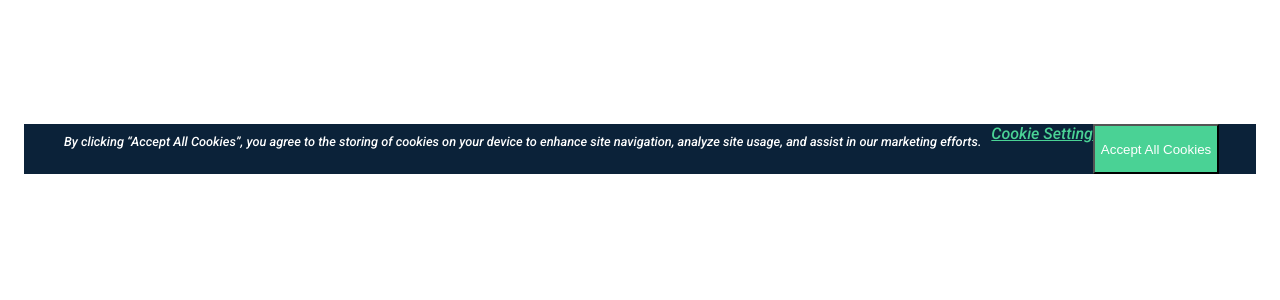
Repository: batonAnton/cursor_cookies_lectr3
Page: index.html
An editor plug-in stored every save of this project. The page is shown before and after the next save, followed by the edit.
The browser window is 1280 px wide. The pictures show the whole page.

Above is the page before, as saved 2022-06-01 11:02:33.

### index.html
<!DOCTYPE html>
<html lang="en">
<head>
    <meta charset="UTF-8">
    <meta http-equiv="X-UA-Compatible" content="IE=edge">
    <meta name="viewport" content="width=device-width, initial-scale=1.0">
    <link rel="preconnect" href="https://fonts.googleapis.com">
    <link rel="preconnect" href="https://fonts.gstatic.com" crossorigin>
    <link href="https://fonts.googleapis.com/css2?family=Roboto:ital,wght@1,500&display=swap" rel="stylesheet">
    <link rel="stylesheet" href="/css/style.css">
    <title>Cookie Banner</title>
</head>
<body>
    <div class="container">
        <div class="banner_1">
            <p>By clicking “Accept All Cookies”, you agree to the storing of cookies on your device to enhance site navigation, analyze site usage, and assist in our marketing efforts.</p>

            <a href="#">cookie setting</a>

            <button>accept all cookies</button>
        </div>
    </div>
</body>
</html>

### css/style.css
body {
  margin: 124px 24px;
  font-family: 'Roboto', sans-serif;
}
p {
  font-size: 0.8rem;
}

.banner_1 {
  width: 100%;
  /* height: 72px; */
  display: inline-flex;
  background-color: #0b2239;
}

.banner_1 p {
  color: #ffffff;
  margin: 10px 10px 10px 40px;
}

.banner_1 a{
    color: #4AD295;
    /* margin-left: 100px; */
    /* margin-top: 30px; */
    text-transform: capitalize;
}

.banner_1 button {
  color: #ffffff;
  background-color: #4ad295;
  /* margin-top: 15px; */
  /* margin-left: 20px; */
  height: 50px;
  text-transform: capitalize;

}

After the next save:
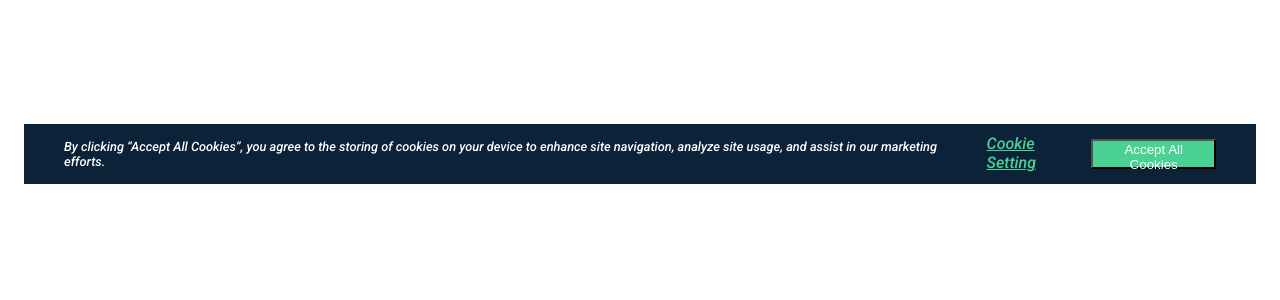
Saved 5 min 31 s later.
--- a/css/style.css
+++ b/css/style.css
@@ -1,6 +1,6 @@
 body {
   margin: 124px 24px;
-  font-family: 'Roboto', sans-serif;
+  font-family: "Roboto", sans-serif;
 }
 p {
   font-size: 0.8rem;
@@ -15,22 +15,23 @@ p {
 
 .banner_1 p {
   color: #ffffff;
-  margin: 10px 10px 10px 40px;
+  margin: 15px 15px 15px 40px;
 }
 
-.banner_1 a{
-    color: #4AD295;
-    /* margin-left: 100px; */
-    /* margin-top: 30px; */
-    text-transform: capitalize;
+.banner_1 a {
+  color: #4ad295;
+  /* margin-left: 100px; */
+  /* margin-top: 30px; */
+  margin: 10px 5px;
+  text-transform: capitalize;
 }
 
 .banner_1 button {
   color: #ffffff;
   background-color: #4ad295;
-  /* margin-top: 15px; */
+  margin-top: 15px;
   /* margin-left: 20px; */
-  height: 50px;
+  height: 30px;
+  margin-right:40px ;
   text-transform: capitalize;
-
 }
